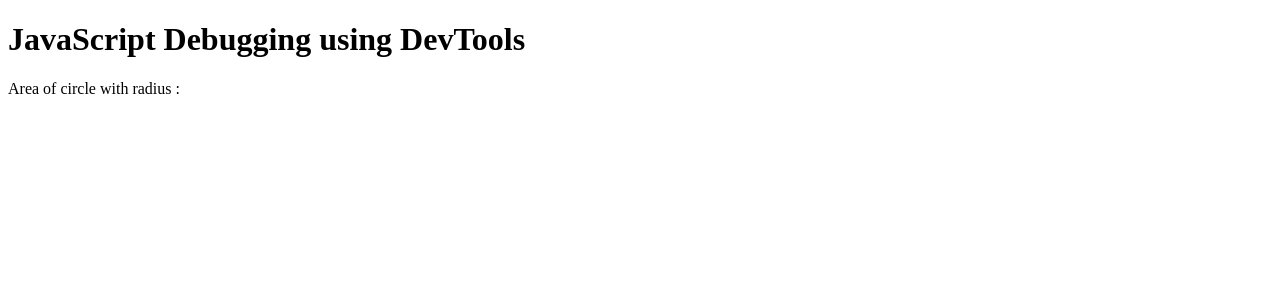
Repository: NoblesNigeria/wdd131
Page: week02/debugging.html
The author's editor kept a copy of each file at every save. The page is drawn from the files as they stood at one save, then again after a run of saves.
The browser window is 1280 px wide. The pictures show the whole page.

Above is the page before, as saved 2025-11-03 17:42:33.
Console error: SyntaxError: Unexpected token '='

After the next 3 saves:
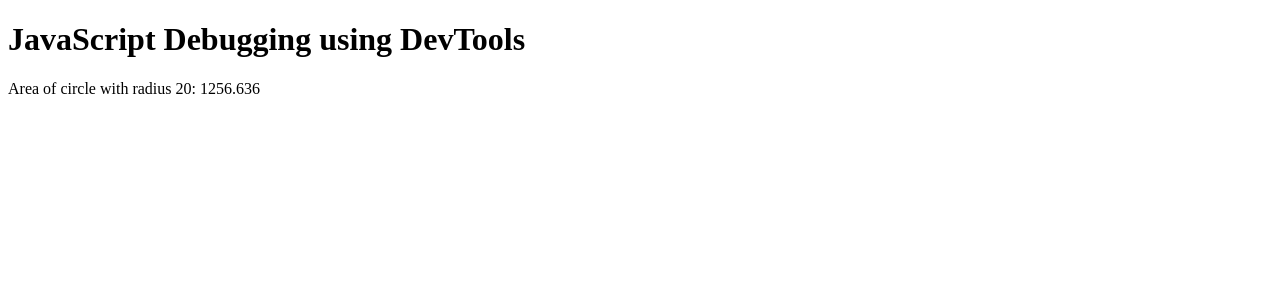
The error is gone.
The 3 saves are shown as one change because they came seconds apart.
The last was saved 8 s later.
--- a/week02/scripts/debugging.js
+++ b/week02/scripts/debugging.js
@@ -7,7 +7,7 @@
 let radius = 10;
 area = PI * radius * radius;
 radiusOutput.textContent = radius;
-areaOutput. = area;
+areaOutput.textContent = area;
 
 radius = 20;
 area = PI * radius * radius;
